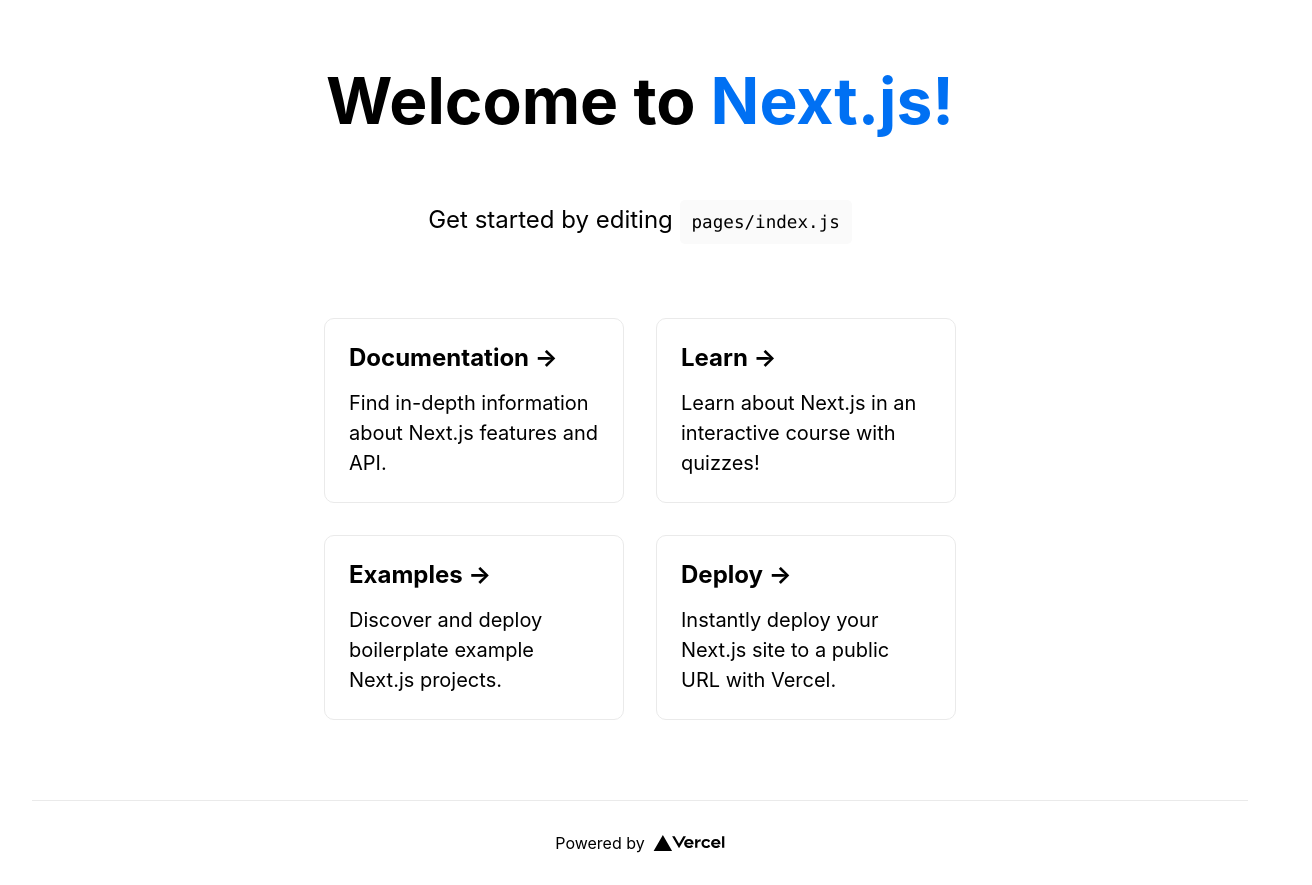
Repository: wilyyy/willy-portfolio
Page: /
The author's editor kept a copy of each file at every save. The page is drawn from the files as they stood at one save, then again after the next save.
The browser window is 1280 px wide. The page is 1280 px wide, then 1312 px, so the pictures cover 1312 px, including what lies to the right of the window. The pictures show the whole page.
The project was rebuilt for these pictures with package versions that can differ from the ones it lists, and the page was loaded fresh each time. The framework's server and built-in components were replaced by stand-ins that run in the browser. Also part of the build but not shown: next.config.js.

Above is the page before, as saved 2021-12-10 13:08:26.

After the next save:
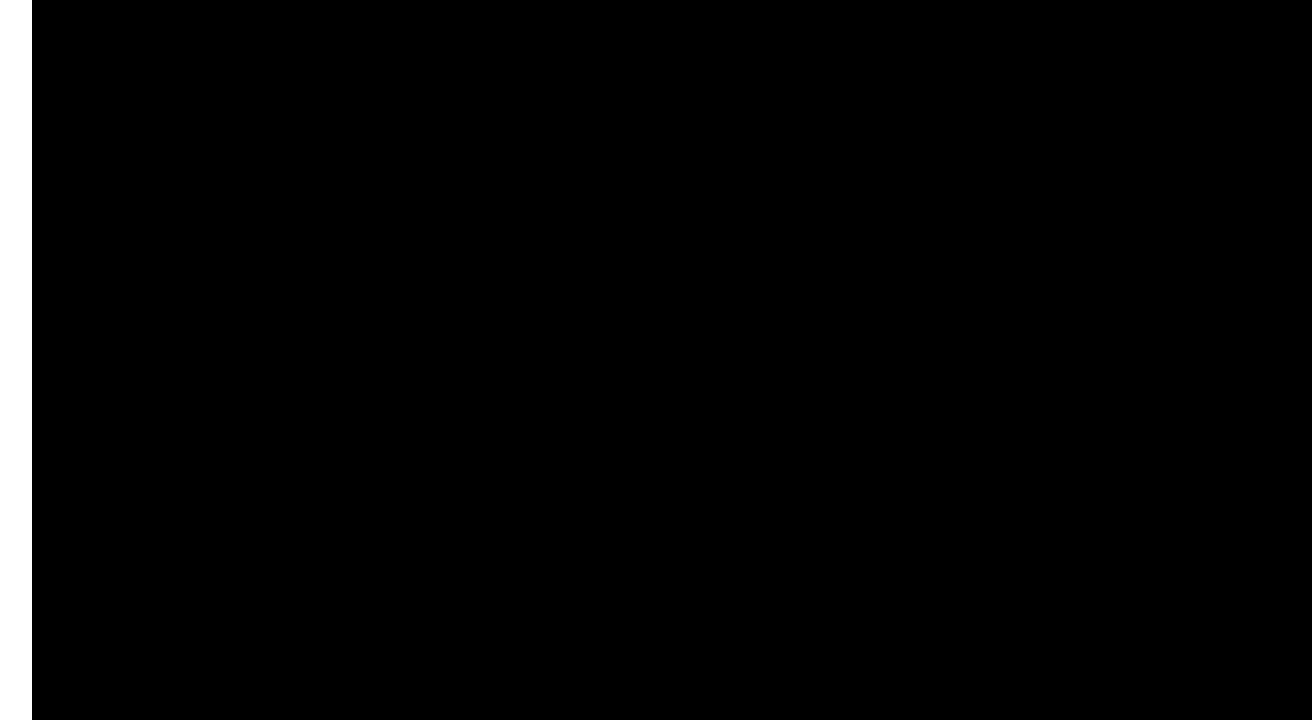
Saved 27 s later.
--- a/pages/index.js
+++ b/pages/index.js
@@ -4,8 +4,8 @@
 import styled from 'styled-components';
 
 const Test = styled.div`
-  width: 100px;
-  height: 100px;
+  width: 100vw;
+  height: 100vh;
   background-color: #000;
   color: 000;
 `;
@@ -19,59 +19,9 @@
         <link rel="icon" href="/favicon.ico" />
       </Head>
 
-      <main className={styles.main}>
-        <h1 className={styles.title}>
-          Welcome to <a href="https://nextjs.org">Next.js!</a>
-        </h1>
-
-        <p className={styles.description}>
-          Get started by editing{' '}
-          <code className={styles.code}>pages/index.js</code>
-        </p>
-
-        <div className={styles.grid}>
-          <a href="https://nextjs.org/docs" className={styles.card}>
-            <h2>Documentation &rarr;</h2>
-            <p>Find in-depth information about Next.js features and API.</p>
-          </a>
-
-          <a href="https://nextjs.org/learn" className={styles.card}>
-            <h2>Learn &rarr;</h2>
-            <p>Learn about Next.js in an interactive course with quizzes!</p>
-          </a>
-
-          <a
-            href="https://github.com/vercel/next.js/tree/master/examples"
-            className={styles.card}
-          >
-            <h2>Examples &rarr;</h2>
-            <p>Discover and deploy boilerplate example Next.js projects.</p>
-          </a>
-
-          <a
-            href="https://vercel.com/new?utm_source=create-next-app&utm_medium=default-template&utm_campaign=create-next-app"
-            className={styles.card}
-          >
-            <h2>Deploy &rarr;</h2>
-            <p>
-              Instantly deploy your Next.js site to a public URL with Vercel.
-            </p>
-          </a>
-        </div>
-      </main>
-
-      <footer className={styles.footer}>
-        <a
-          href="https://vercel.com?utm_source=create-next-app&utm_medium=default-template&utm_campaign=create-next-app"
-          target="_blank"
-          rel="noopener noreferrer"
-        >
-          Powered by{' '}
-          <span className={styles.logo}>
-            <Image src="/vercel.svg" alt="Vercel Logo" width={72} height={16} />
-          </span>
-        </a>
-      </footer>
+      <Test>
+        asdsadsad
+      </Test>
     </div>
   )
 }
